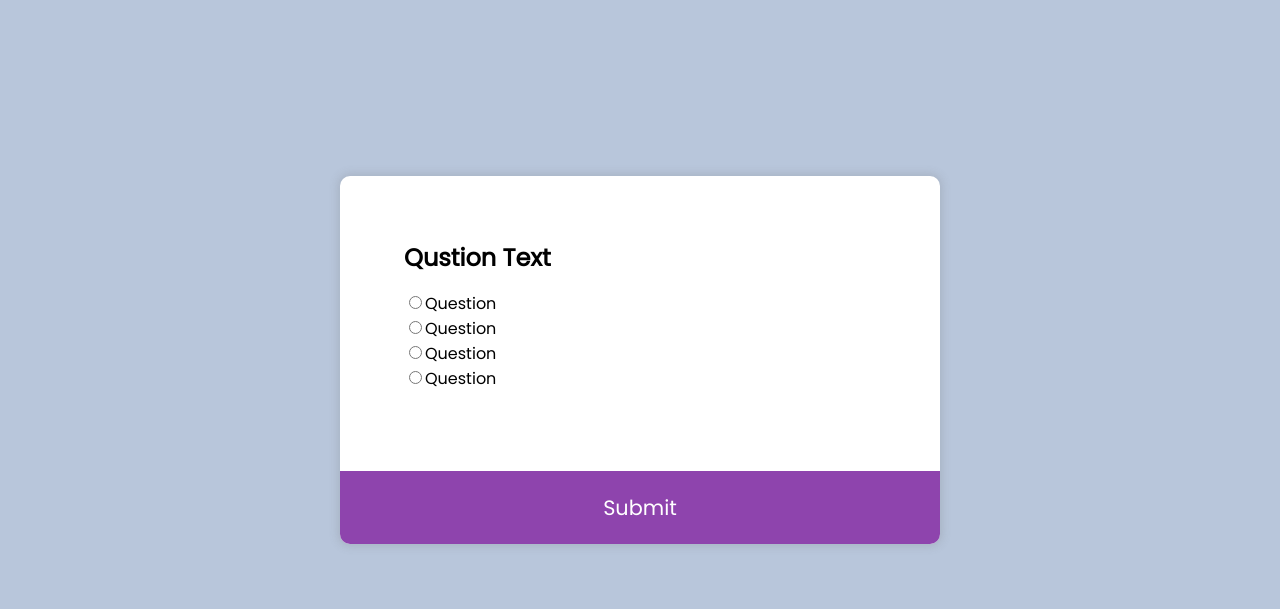
Repository: Abhi2359/Intermediate-projects
Page: Quiz App/index.html
An editor plug-in stored every save of this project. The page is shown before and after the next save, followed by the edit.
The browser window is 1280 px wide. The pictures show the whole page.

Above is the page before, as saved 2023-01-31 14:20:45.

### Quiz App/index.html
<!DOCTYPE html>
<html lang="en">
  <head>
    <meta charset="UTF-8" />
    <meta http-equiv="X-UA-Compatible" content="IE=edge" />
    <meta name="viewport" content="width=device-width, initial-scale=1.0" />
    <title>Quiz App</title>
    <link rel="stylesheet" href="style.css">
  </head>
  <body>
    <div class="quiz-container">
      <div class="quiz-header">

        <h2 >Qustion Text</h2>
        <ul>
          <li>
            <input type="radio" name="answer" id="a" /><label for="a"
              >Question</label
            >
          </li>
          <li>
            <input type="radio" name="answer" id="b" /><label for="b"
              >Question</label
            >
          </li>
          <li>
            <input type="radio" name="answer" id="c" /><label for="c"
              >Question</label
            >
          </li>
          <li>
            <input type="radio" name="answer" id="d" /><label for="d"
              >Question</label
            >
          </li>
        </ul>
      </div>
      <button>Submit</button>
    </div>
  </body>
</html>

### Quiz App/style.css
@import url("https://fonts.googleapis.com/css2?family=Poppins&family=Roboto:wght@300;500;700;900&display=swap");

* {
  box-sizing: border-box;
}

body {
  font-family: "Poppins", sans-serif;
  margin: 0;
 background-color: #b8c6db;
 background-image: linear-gradient(315deg,#b8c6db 0% #f5f7fa 74%);
 min-height: 100vh;
 display: flex;
 align-items: center;
 justify-content: center;
}

.quiz-container{
  background-color: #fff ;
  width: 600px;
  border-radius: 10px;
  box-shadow: 0 0 10px 2px rgb(100,100,100,0.2);
  overflow: hidden;




}
 .quiz-header{
   padding: 4rem;
 }
 h2{
  margin: 0;
 }

 ul{
  list-style-type: none;
  padding: 0;


 }

 ul li{
  margin: 1rem,9;
 }

 button{
  background-color: #8e44ad;
  display: block;
  width: 100%;
  font-size: 1.3rem;
  color: white;
  font-family: inherit;
  border: none;
  padding: 1.3rem;
  cursor: pointer;

 }

 button:hover{
  background-color: #732d91;
 }

After the next save:
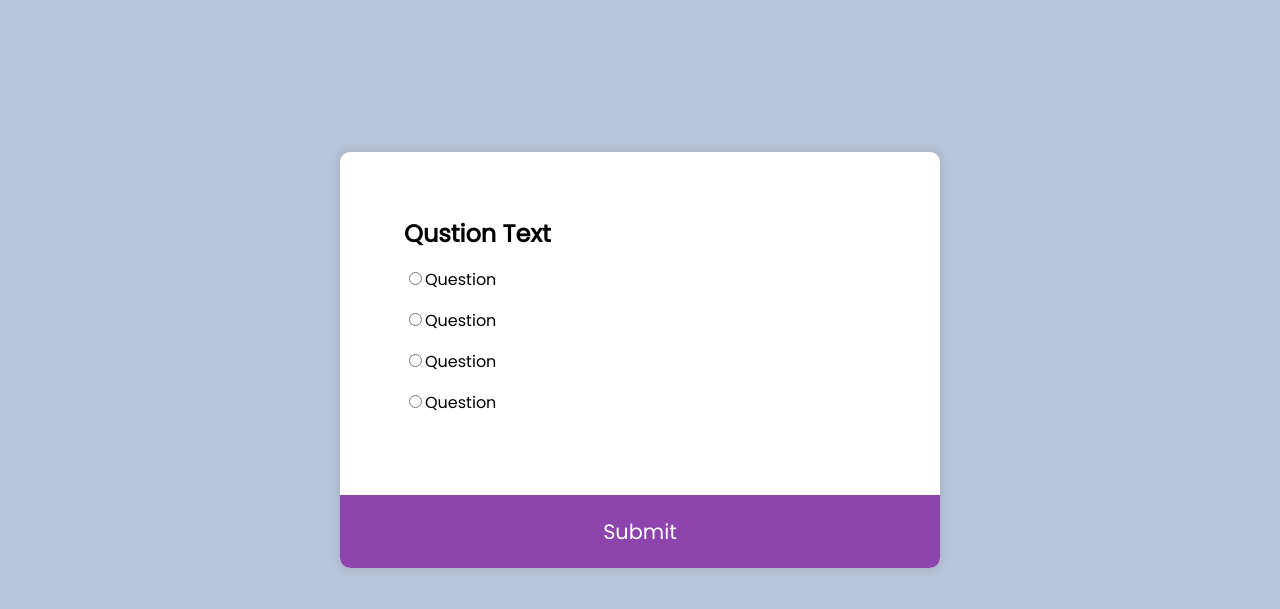
Saved 4 s later.
--- a/Quiz App/style.css
+++ b/Quiz App/style.css
@@ -41,7 +41,7 @@ body {
  }
 
  ul li{
-  margin: 1rem,9;
+  margin: 1rem 0;
  }
 
  button{
